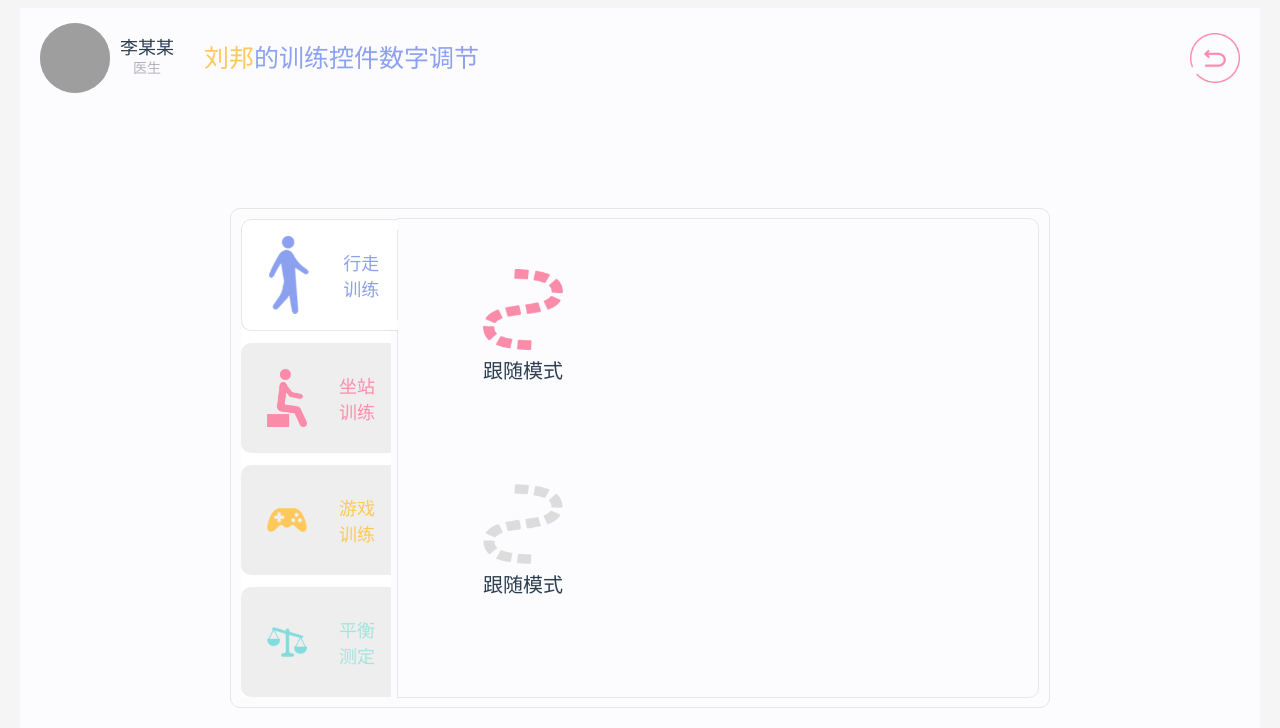
Repository: wangdanqing90/electron-vue-doctor
Page: /#/trainingAdjust
An editor plug-in stored every save of this project. The page is shown before and after the next save, followed by the edit.
The browser window is 1280 px wide. The pictures show the whole page.
Pictures or frames that could not be fetched are drawn as grey boxes. The project was rebuilt for these pictures with package versions that can differ from the ones it lists, and the page was loaded fresh each time. Also part of the build but not shown: vue.config.js, src/views/Home.vue, src/assets/styles/variable.scss, src/assets/styles/iconfont.css.

Above is the page before, as saved 2020-01-15 10:39:58.

After the next save:
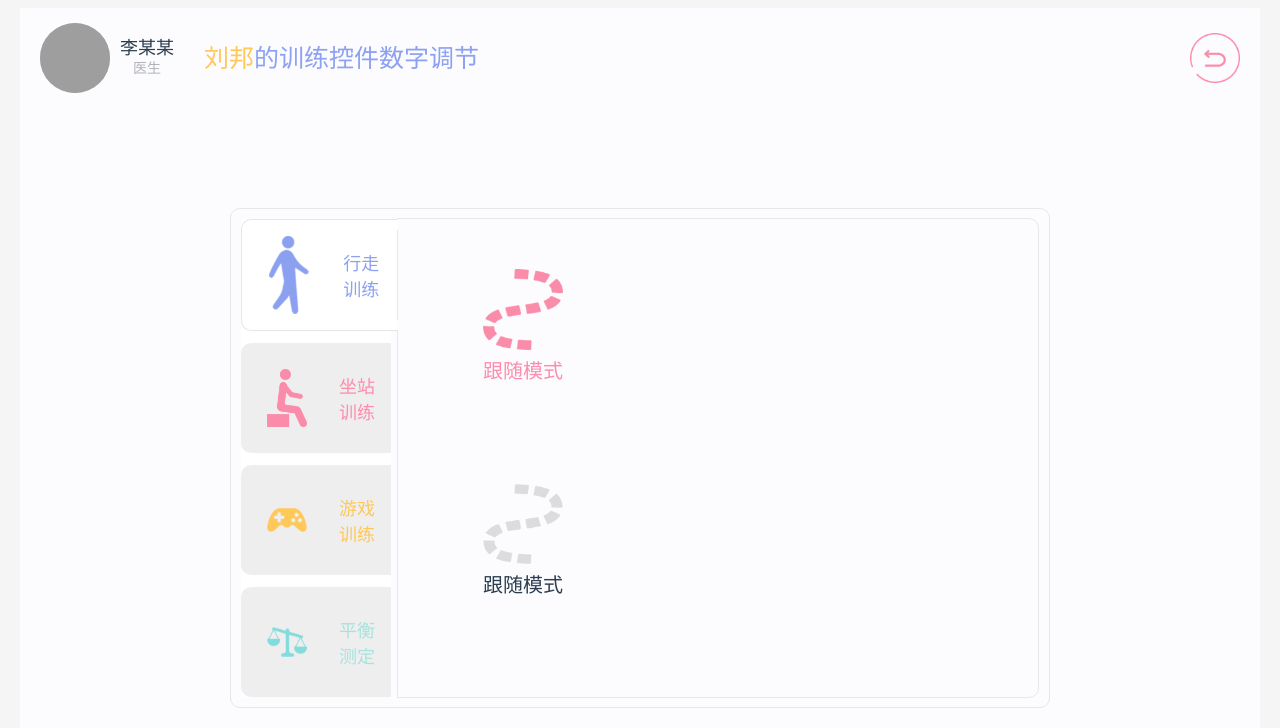
Saved 41 s later.
--- a/src/views/TrainingAdjust/TrainingAdjust.vue
+++ b/src/views/TrainingAdjust/TrainingAdjust.vue
@@ -35,7 +35,7 @@
         <div class="right">
           <div
             class="adjust-container"
-            :class="activeClass == index ? 'active':''"
+            :class="activeRightClass == index ? item.colorClass:''"
             v-for="(item,index) in adjustList"
             :key="index"
             @click="selectClick(index)"
